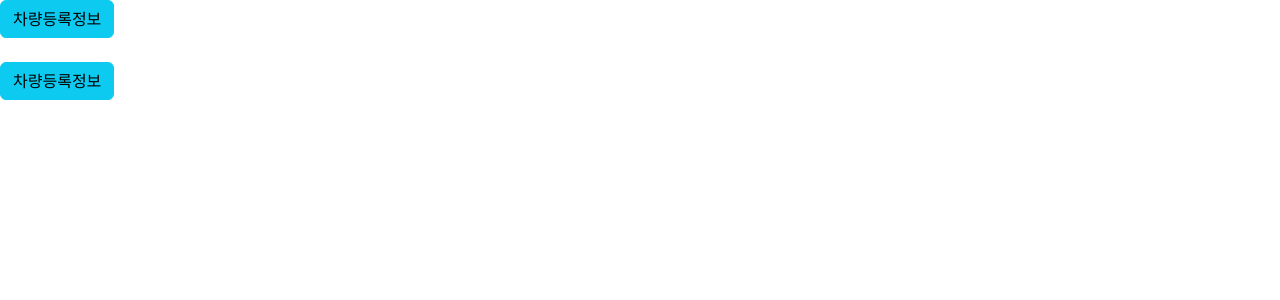
Repository: JunbroGit/SistProject
Page: http://localhost/SpringMysqlMyBatis/
The author's editor kept a copy of each file at every save. The page is drawn from the files as they stood at one save, then again after the next save.
The browser window is 1280 px wide. The pictures show the whole page.
Some web fonts or font styles are not loaded; a fallback is used. Some web libraries are served in a nearby version. The page is served by Tomcat 9. Nobody is signed in. The application's start-up code is not run.

Above is the page before, as saved 2024-05-09 00:32:30.

After the next save:
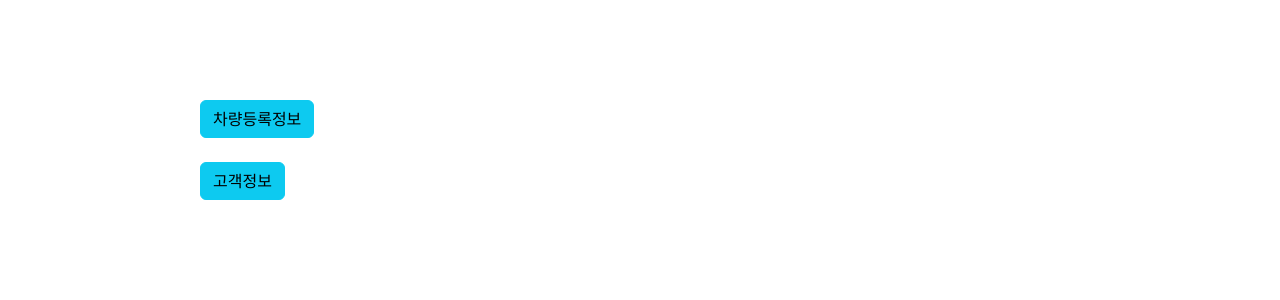
Saved 37 s later.
--- a/sts3work/SpringMysqlMyBatis/src/main/webapp/index.jsp
+++ b/sts3work/SpringMysqlMyBatis/src/main/webapp/index.jsp
@@ -1,23 +1,25 @@
-<%@ page language="java" contentType="text/html; charset=UTF-8"
-    pageEncoding="UTF-8"%>
-<%@taglib prefix="c" uri="http://java.sun.com/jsp/jstl/core" %>
-<%@taglib prefix="fmt" uri="http://java.sun.com/jsp/jstl/fmt" %>
+<%@ page language="java" contentType="text/html; charset=utf-8"
+    pageEncoding="utf-8"%>
+<%@ taglib prefix="c" uri="http://java.sun.com/jsp/jstl/core" %>
+<%@ taglib prefix="fmt" uri="http://java.sun.com/jsp/jstl/fmt" %>
 <!DOCTYPE html>
 <html>
 <head>
 <meta charset="UTF-8">
 <link href="https://cdn.jsdelivr.net/npm/bootstrap@5.3.2/dist/css/bootstrap.min.css" rel="stylesheet">
-<link rel="stylesheet" href="https://cdn.jsdelivr.net/npm/bootstrap-icons@1.6.0/font/bootstrap-icons.css" />
-<link href="https://fonts.googleapis.com/css2?family=Dongle&family=Gaegu&family=Nanum+Myeongjo&family=Nanum+Pen+Script&family=Noto+Sans+KR:wght@100..900&display=swap" rel="stylesheet">
+<link href="https://fonts.googleapis.com/css2?family=Dongle&family=Gaegu&family=Nanum+Pen+Script&family=Noto+Sans+KR:wght@100..900&family=Noto+Serif+KR&display=swap" rel="stylesheet">
+<script src="https://code.jquery.com/jquery-3.7.0.js"></script>
 <title>Insert title here</title>
 </head>
 <body>
-	<%-- <c:redirect url="samsung/list"/> --%>
+ <%--  <c:redirect url="samsung/list"/> --%>
 
-<div>
-	<button type="button" class="btn btn-info" onclick="location.href='samsung/list'">차량등록정보</button>
-	<br><br>
-	<button type="button" class="btn btn-info" onclick="location.href='samsung/list'">차량등록정보</button>
-</div>
+ <div style="margin: 100px 200px;">
+		 <button type="button" class="btn btn-info"
+		 onclick="location.href='samsung/list'">차량등록정보</button>
+		 <br><br>
+		 <button type="button" class="btn btn-info"
+		 onclick="location.href='carmember/list'">고객정보</button>
+ </div>
 </body>
 </html>
